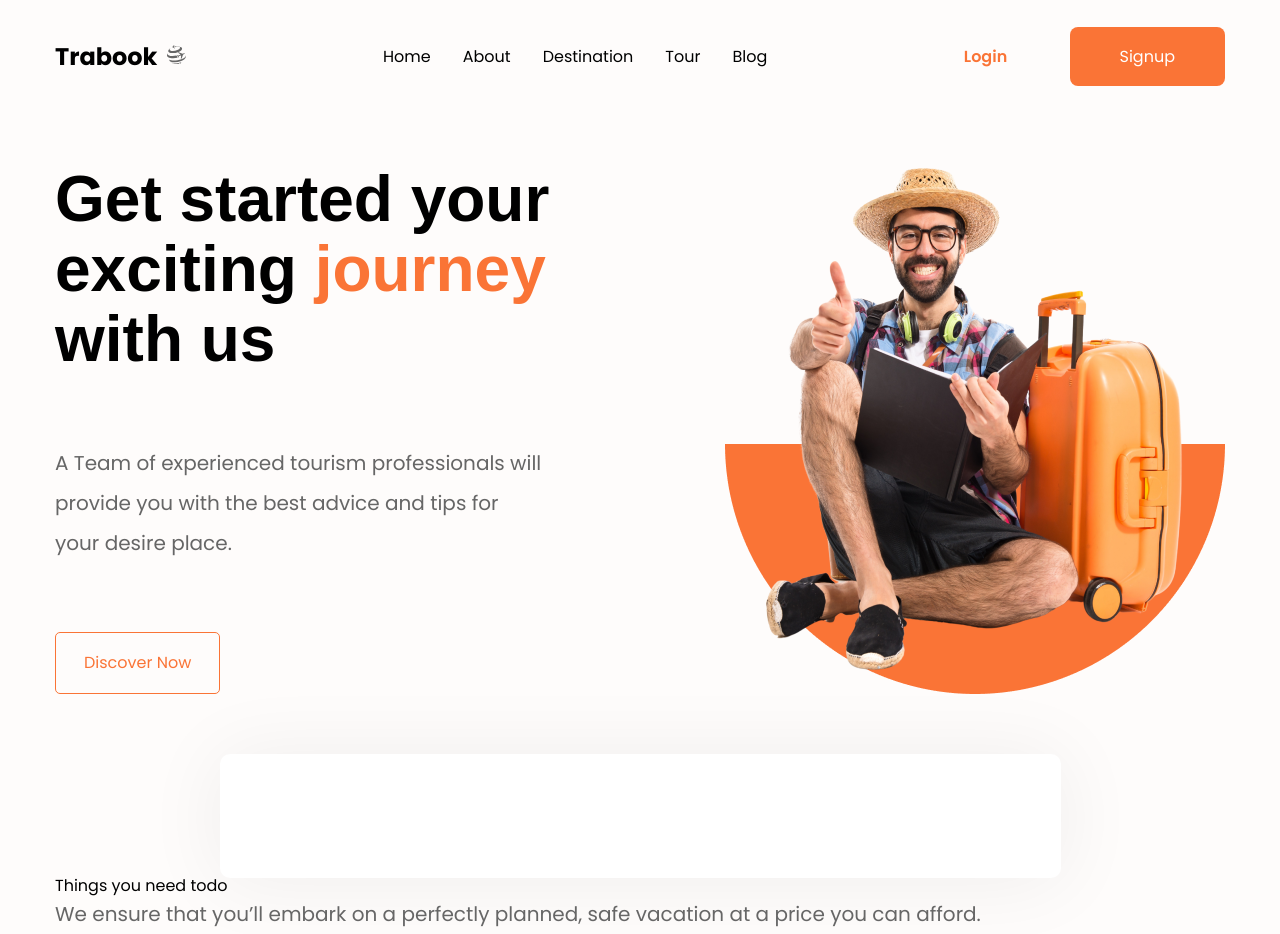
Repository: phobo99/phobo99.github.io
Page: Trabook/index.html
These files come from the project's save history. The page is drawn as it stood at one moment and after the next save; the edit follows.
The browser window is 1280 px wide. The pictures show the whole page.
Some web fonts or font styles are not loaded; a fallback is used. Some web libraries are served in a nearby version. The style sheet was rebuilt from its Sass, Less or Tailwind sources for each picture, by a compiler version that may differ from the author's.

Above is the page before, as saved 2022-06-18 22:47:37.

After the next save:
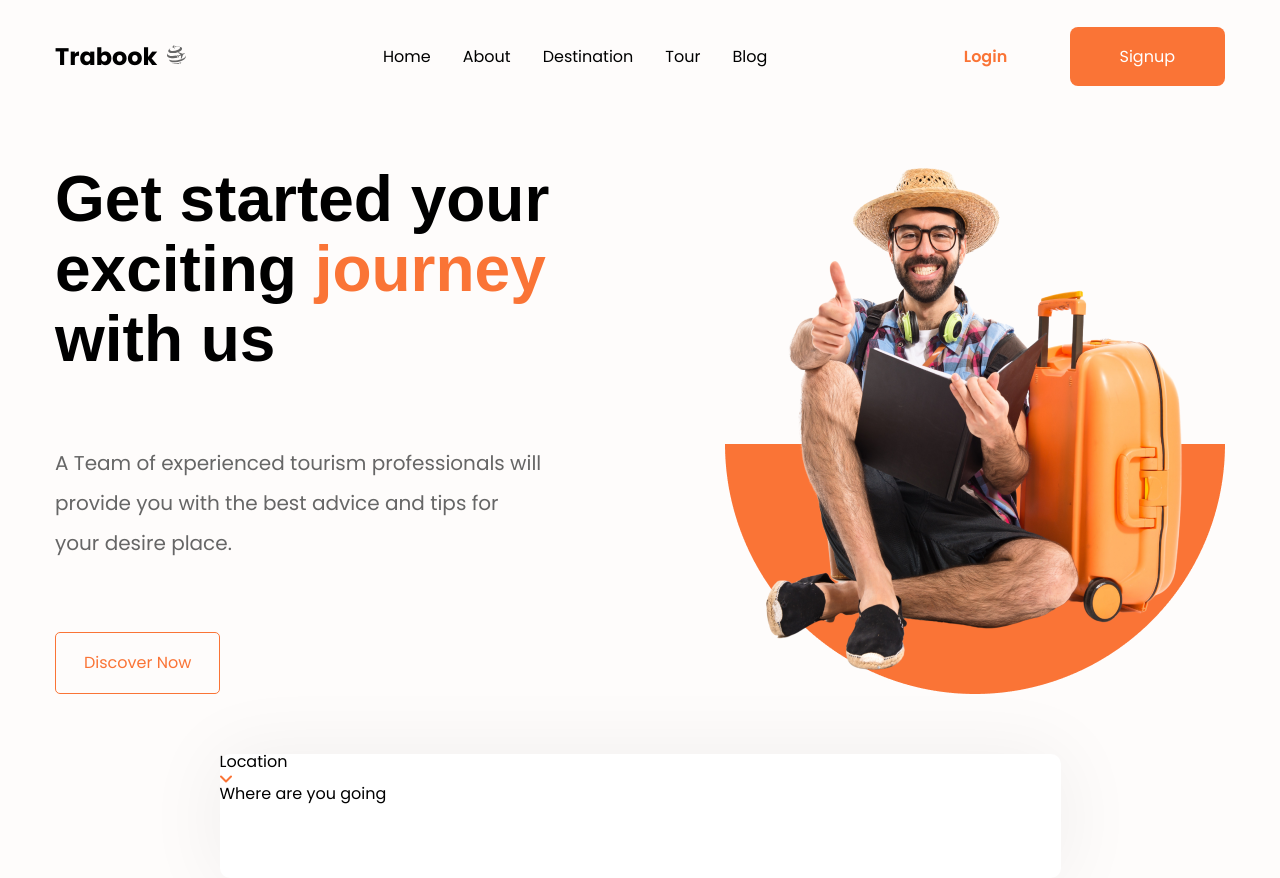
Saved 4 min 38 s later.
--- a/Trabook/index.html
+++ b/Trabook/index.html
@@ -59,14 +59,23 @@
                 </div>
             </div>
             <div class="search-bar">
-
+                <div class="list-search">
+                    <div class="item-search">
+                        <div class="title-item">
+                            <p>Location</p>
+                            <svg width="12" height="8" viewBox="0 0 12 8" fill="none"
+                                xmlns="http://www.w3.org/2000/svg">
+                                <path d="M1 1.5L6 6.5L11 1.5" stroke="#FA7436" stroke-width="2" stroke-linecap="round"
+                                    stroke-linejoin="round" />
+                            </svg>
+                        </div>
+                        <div class="desc-item">
+                            Where are you going
+                        </div>
+                    </div>
+                </div>
             </div>
         </header>
-        <div class="todo container">
-            <h2 class="content-header">Things you need <span>todo</span></h2>
-            <span class="desc-content">We ensure that you’ll embark on a perfectly planned, safe vacation at a price you
-                can afford. </span>
-        </div>
     </div>
 </body>
 
